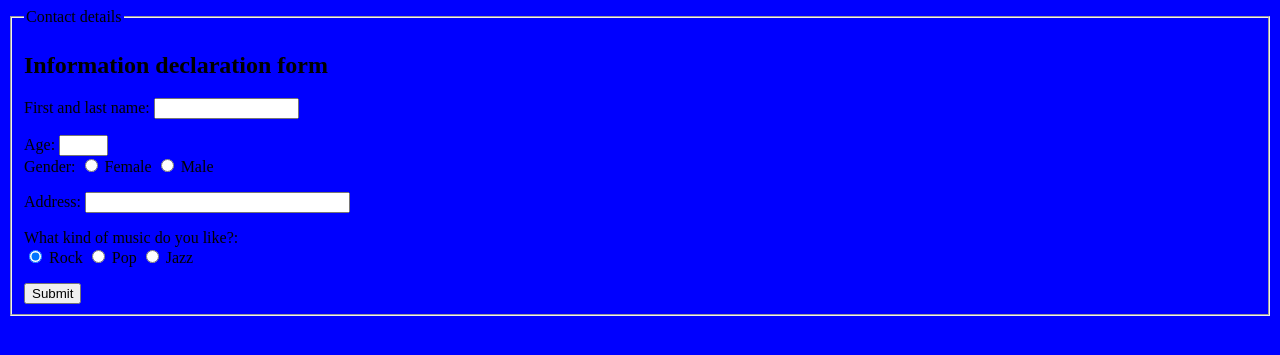
Repository: Helianthusss/Learn-CPP
Page: HTML/btvn22/bai1/bieumau.html
An editor plug-in stored every save of this project. The page is shown before and after the next save, followed by the edit.
The browser window is 1280 px wide. The pictures show the whole page.

Above is the page before, as saved 2021-09-22 13:36:04.

After the next save:
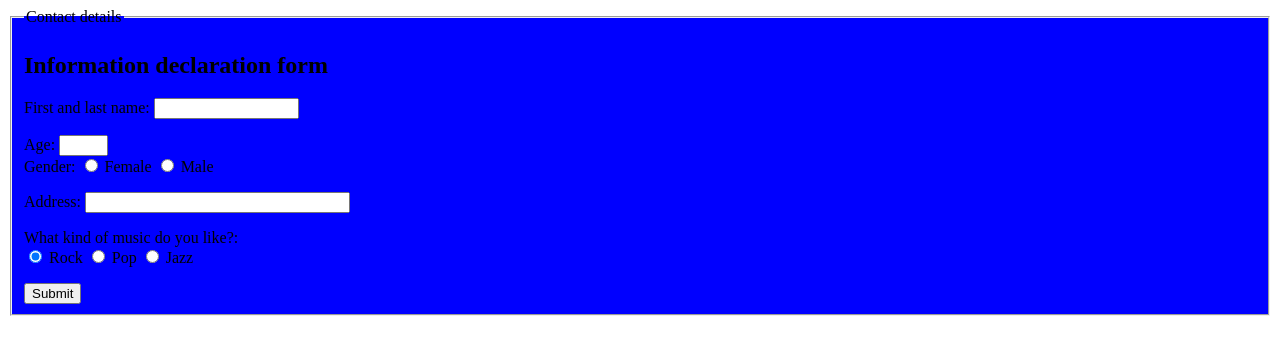
Saved 17 s later.
--- a/HTML/btvn22/bai1/bieumau.html
+++ b/HTML/btvn22/bai1/bieumau.html
@@ -6,7 +6,7 @@
     <meta name="viewport" content="width=device-width, initial-scale=1.0" />
     <title>Form</title>
     <style type="text/css">
-      body {
+      fieldset {
         background-color: blue;
       }
     </style>
